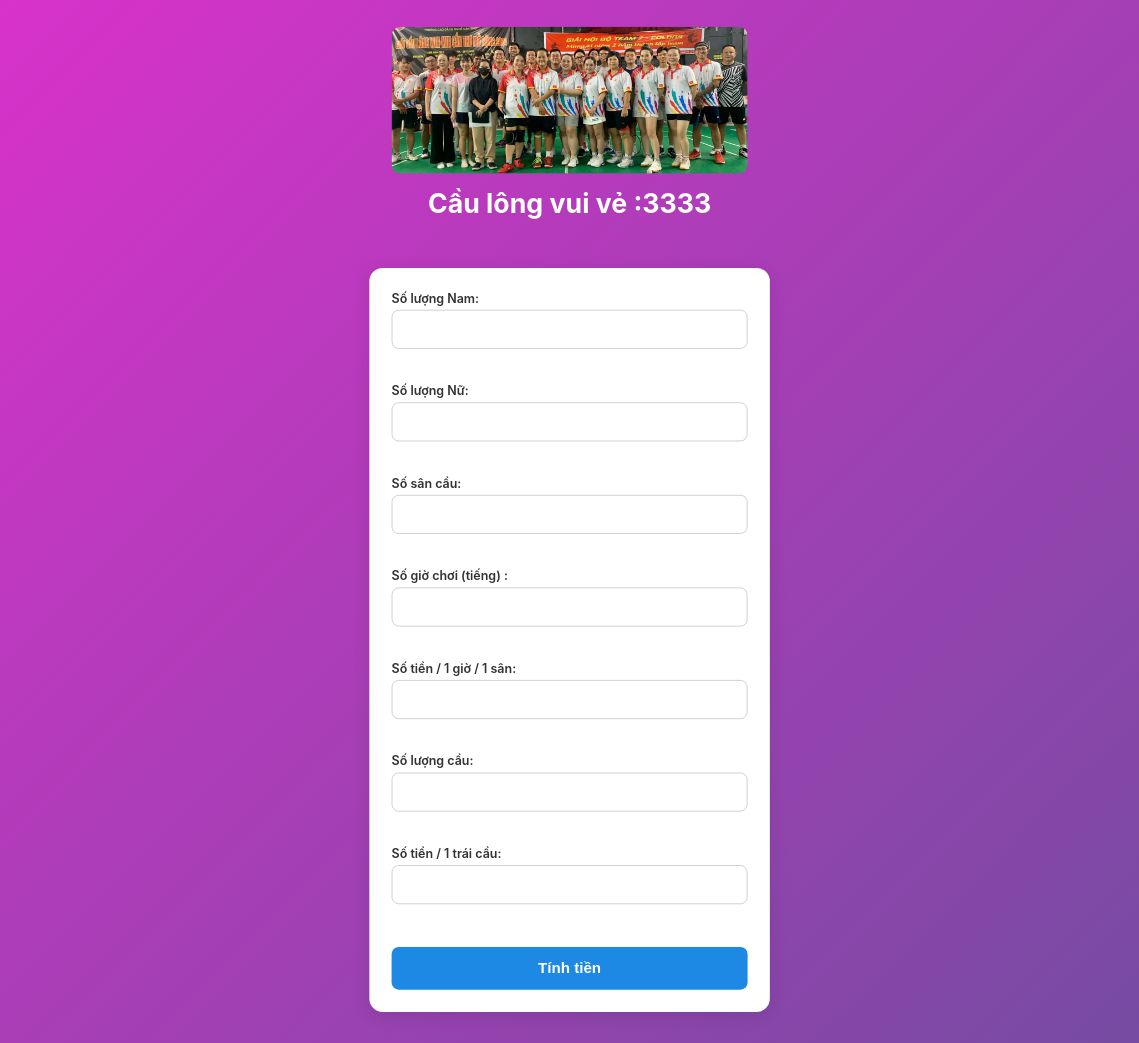
Repository: LuongPTCE181311/Badminton
Page: index.html
An editor plug-in stored every save of this project. The page is shown before and after the next save, followed by the edit.
The browser window is 1280 px wide. The pictures show the whole page, at 89% of full size.

Above is the page before, as saved 2025-12-07 22:25:24.

### index.html
<!DOCTYPE html>
<html lang="vi">

<head>
    <meta charset="UTF-8" />
    <meta name="viewport" content="width=device-width, initial-scale=1.0" />
    <title>Tính Tiền Sân Cầu Lông</title>
    <link rel="stylesheet" href="assets/css/style.css" />
</head>

<body>


    <div class="hero">
        <img src="assets/images/Caulongvuive.jpg" id="img" class="hero-img" alt="Group" />
        <h1 class="title">Cầu lông vui vẻ :3333</h1>
    </div>


    <div class="container">
        <form id="calcForm">


            <div class="form-group">
                <label>Số lượng Nam:</label>
                <input type="number" id="men" />
                <span class="error" id="men_err"></span>
            </div>


            <div class="form-group">
                <label>Số lượng Nữ:</label>
                <input type="number" id="women" />
                <span class="error" id="women_err"></span>
            </div>


            <div class="form-group">
                <label>Số sân cầu:</label>
                <input type="number" id="courts" />
                <span class="error" id="courts_err"></span>
            </div>


            <div class="form-group">
                <label>Số giờ chơi (tiếng) :</label>
                <input type="number" id="hours" />
                <span class="error" id="hours_err"></span>
            </div>


            <div class="form-group">
                <label>Số tiền / 1 giờ / 1 sân:</label>
                <input type="number" id="pricePerHour" />
                <span class="error" id="pricePerHour_err"></span>
            </div>


            <div class="form-group">
                <label>Số lượng cầu:</label>
                <input type="number" id="shuttleCount" />
                <span class="error" id="shuttleCount_err"></span>
            </div>


            <div class="form-group">
                <label>Số tiền / 1 trái cầu:</label>
                <input type="number" id="pricePerShuttle" />
                <span class="error" id="pricePerShuttle_err"></span>
            </div>


            <button type="button" id="calculateBtn" class="btn">Tính tiền</button>
        </form>
    </div>


    <div id="resultModal" class="modal hidden">
        <div class="modal-content">
            <h2>Kết Quả Tính Tiền</h2>
            <div id="result"></div>
            <button id="closeModal" class="close-btn">Đóng</button>
        </div>
    </div>


    <script src="assets/js/main.js"></script>
</body>

</html>

### assets/css/style.css
* {
  box-sizing: border-box;
}

body {
  margin: 0;
  padding: 10px;
  font-family: -apple-system, BlinkMacSystemFont, "Segoe UI", Roboto,
    "Helvetica Neue", Arial, sans-serif;
  background: linear-gradient(135deg, #d832ca 0%, #764ba2 100%);
  min-height: 100vh;
}

.hero {
  text-align: center;
  padding: 20px 0;
  max-width: 100%;
  overflow: hidden;
}

.hero-img {
  width: 100%;
  max-width: 400px;
  height: auto;
  display: block;
  margin: 0 auto 15px auto;
  border-radius: 10px;
  object-fit: cover;
}

.title {
  font-size: clamp(24px, 5vw, 30px);
  font-weight: bold;
  color: white;
  margin: 10px 0;
  text-shadow: 2px 2px 4px rgba(0, 0, 0, 0 3);
  padding: 0 15px;
}

.container {
  width: calc(100% - 20px);
  max-width: 450px;
  margin: 25px auto;
  background: white;
  padding: 25px;
  border-radius: 15px;
  box-shadow: 0 4px 20px rgba(0, 0, 0, 0.1);
}

.form-group {
  margin-bottom: 15px;
}

label {
  font-weight: 600;
  display: block;
  margin-bottom: 5px;
  font-size: 14px;
  color: #333;
}

input {
  width: 100%;
  padding: 12px;
  border-radius: 8px;
  border: 1px solid #ccc;
  transition: 0.3s;
  font-size: 16px;
  -webkit-appearance: none;
  appearance: none;
}

input:focus {
  outline: none;
  border-color: #1e88e5;
  box-shadow: 0 0 0 3px rgba(30, 136, 229, 0.1);
}

input.error-border {
  border-color: #e53935 !important;
}

.error {
  font-size: 12px;
  color: #e53935;
  display: block;
  margin-top: 5px;
  min-height: 18px;
}

.btn {
  width: 100%;
  padding: 14px;
  background: #1e88e5;
  color: white;
  font-size: 17px;
  font-weight: 600;
  border: none;
  border-radius: 8px;
  cursor: pointer;
  transition: background 0.3s, transform 0.1s;
  margin-top: 10px;
}

.btn:hover {
  background: #1976d2;
}

.btn:active {
  transform: scale(0.98);
}

.modal {
  position: fixed;
  inset: 0;
  background: rgba(0, 0, 0, 0.5);
  display: flex;
  justify-content: center;
  align-items: center;
  z-index: 1000;
  padding: 20px;
}

.hidden {
  display: none !important;
}

.modal-content {
  background: white;
  padding: 25px;
  width: calc(100% - 40px);
  max-width: 400px;
  border-radius: 15px;
  text-align: left;
  box-shadow: 0 4px 15px rgba(0, 0, 0, 0.2);
  max-height: 90vh;
  overflow-y: auto;
}

.modal-content h2 {
  margin-top: 0;
  margin-bottom: 20px;
  text-align: center;
  color: #333;
  font-size: clamp(20px, 4vw, 24px);
}

#result {
  line-height: 1.8;
  font-size: 14px;
  color: #555;
}

#result b {
  color: #333;
}

. close-btn {
  margin-top: 20px;
  background: #e53935;
  color: white;
  padding: 12px;
  width: 100%;
  border: none;
  border-radius: 8px;
  cursor: pointer;
  font-size: 16px;
  font-weight: 600;
  transition: background 0.3s, transform 0.1s;
}

.close-btn:hover {
  background: #d32f2f;
}

. close-btn:active {
  transform: scale(0.98);
}

/* Tablet devices */
@media screen and (max-width: 768px) {
  body {
    padding: 10px;
  }

  . container {
    width: calc(100% - 20px);
    margin: 20px auto;
    padding: 20px;
  }

  . hero {
    padding: 15px 0;
  }

  .hero-img {
    max-width: 350px;
  }
}

/* Mobile devices */
@media screen and (max-width: 480px) {
  body {
    padding: 10px;
  }

  .container {
    width: calc(100% - 20px);
    margin: 15px auto;
    padding: 20px 15px;
    border-radius: 12px;
  }

  .hero {
    padding: 10px 0;
  }

  . hero-img {
    max-width: 100%;
    width: calc(100% - 20px);
    margin: 0 auto 10px auto;
  }

  .title {
    font-size: 22px;
    padding: 0 10px;
  }

  . form-group {
    margin-bottom: 12px;
  }

  label {
    font-size: 14px;
  }

  input {
    padding: 12px;
    font-size: 16px;
  }

  .btn {
    padding: 14px;
    font-size: 16px;
  }

  . modal {
    padding: 15px;
  }

  .modal-content {
    width: calc(100% - 30px);
    padding: 20px;
    border-radius: 12px;
  }

  .modal-content h2 {
    font-size: 20px;
    margin-bottom: 15px;
  }

  #result {
    font-size: 13px;
    line-height: 1.7;
  }

  .close-btn {
    padding: 12px;
    font-size: 15px;
  }
}

/* Very small mobile devices */
@media screen and (max-width: 360px) {
  body {
    padding: 8px;
  }

  . container {
    width: calc(100% - 16px);
    padding: 15px 12px;
  }

  . title {
    font-size: 20px;
  }

  . hero-img {
    width: calc(100% - 16px);
  }

  input {
    padding: 10px;
  }

  .btn {
    padding: 12px;
    font-size: 15px;
  }

  .modal-content {
    width: calc(100% - 24px);
    padding: 15px;
  }

  #result {
    font-size: 12px;
  }
}

/* Landscape orientation on mobile */
@media screen and (max-height: 600px) and (orientation: landscape) {
  body {
    padding: 5px;
  }

  . hero {
    padding: 5px 0;
  }

  .hero-img {
    max-width: 200px;
    max-height: 120px;
    margin-bottom: 5px;
  }

  .title {
    font-size: 18px;
    margin: 5px 0;
  }

  .container {
    margin: 10px auto;
    width: calc(100% - 10px);
    max-width: 600px;
  }

  . modal-content {
    max-height: 85vh;
  }
}

### assets/js/main.js
// ===================== VALIDATION =========================

function setError(id, message) {
  const input = document.getElementById(id);
  const err = document.getElementById(id + "_err");
  err.textContent = message;
  input.classList.add("error-border");
}

function clearError(id) {
  const input = document.getElementById(id);
  const err = document.getElementById(id + "_err");
  err.textContent = "";
  input.classList.remove("error-border");
}

function validateField(id) {
  const value = document.getElementById(id).value.trim();

  switch (id) {
    case "men":
    case "women":
      if (value === "" || isNaN(value) || parseInt(value) < 0) {
        setError(id, "Giá trị phải ≥ 0");
        return false;
      }
      // Kiểm tra cả nam và nữ đều là 0
      const men = parseInt(document.getElementById("men").value) || 0;
      const women = parseInt(document.getElementById("women").value) || 0;
      if (men === 0 && women === 0) {
        setError(id, "Nam + Nữ phải ≥ 1");
        return false;
      }
      break;

    case "courts":
      if (value === "" || isNaN(value) || parseInt(value) <= 0) {
        setError(id, "Số sân phải > 0");
        return false;
      }
      break;

    case "hours":
      if (value === "" || isNaN(value) || parseFloat(value) <= 0) {
        setError(id, "Số giờ phải > 0 (cho phép thập phân)");
        return false;
      }
      break;

    case "pricePerHour":
      if (value === "" || isNaN(value) || parseInt(value) < 1000) {
        setError(id, "Tiền / giờ phải ≥ 1000đ");
        return false;
      }
      break;

    case "shuttleCount":
      if (value === "" || isNaN(value) || parseInt(value) <= 0) {
        setError(id, "Số lượng cầu phải > 0");
        return false;
      }
      break;

    case "pricePerShuttle":
      if (value === "" || isNaN(value) || parseInt(value) < 1000) {
        setError(id, "Tiền 1 trái cầu phải ≥ 1000đ");
        return false;
      }
      break;
  }

  clearError(id);
  return true;
}

// Gắn validate realtime
[
  "men",
  "women",
  "courts",
  "hours",
  "pricePerHour",
  "shuttleCount",
  "pricePerShuttle",
].forEach((id) => {
  document.getElementById(id).addEventListener("input", () => {
    validateField(id);
    // Khi thay đổi nam hoặc nữ, validate cả 2 trường
    if (id === "men" || id === "women") {
      const otherId = id === "men" ? "women" : "men";
      validateField(otherId);
    }
  });
});

// ===================== MODAL =========================

function closeModal() {
  document.getElementById("resultModal").classList.add("hidden");
}

function openModal() {
  document.getElementById("resultModal").classList.remove("hidden");
}

document.getElementById("closeModal").addEventListener("click", closeModal);

function roundUpToThousand(num) {
  return Math.ceil(num / 1000) * 1000;
}

// ===================== THUẬT TOÁN TỐI ƯU =========================

function findOptimalSplit(total, men, women) {
  let bestSolution = null;
  let minDifference = Infinity; // Chênh lệch giữa tổng thực tế và tổng dự kiến

  // Thử các chênh lệch từ 3000đ đến 5000đ
  for (let targetDiff = 3000; targetDiff <= 5000; targetDiff += 1000) {
    // Giải hệ phương trình để tìm perMan và perWoman ban đầu
    // perMan * men + perWoman * women = total
    // perMan - perWoman = targetDiff

    let perWoman = (total - targetDiff * men) / (men + women);
    let perMan = perWoman + targetDiff;

    // Làm tròn lên 1000đ
    perWoman = roundUpToThousand(perWoman);
    perMan = roundUpToThousand(perMan);

    // Điều chỉnh để đảm bảo chênh lệch trong khoảng 3000-5000
    while (perMan - perWoman < 3000) {
      perMan += 1000;
    }
    while (perMan - perWoman > 5000) {
      perWoman += 1000;
    }

    // Tính tổng thực tế
    let actualTotal = perMan * men + perWoman * women;

    // Nếu tổng thực tế < tổng dự kiến, tăng dần
    while (actualTotal < total) {
      // Thử tăng perWoman trước (ít ảnh hưởng hơn nếu số nữ ít)
      const option1Woman = perWoman + 1000;
      const option1Total = perMan * men + option1Woman * women;

      // Kiểm tra xem có cần tăng perMan để giữ chênh lệch không
      if (perMan - option1Woman < 3000) {
        perMan += 1000;
      }
      perWoman = option1Woman;
      actualTotal = perMan * men + perWoman * women;
    }

    // Kiểm tra chênh lệch nam/nữ vẫn trong khoảng hợp lệ
    const genderDiff = perMan - perWoman;
    if (genderDiff < 3000 || genderDiff > 5000) {
      continue; // Bỏ qua phương án này
    }

    // So sánh với phương án tốt nhất
    const difference = actualTotal - total;
    if (difference < minDifference) {
      minDifference = difference;
      bestSolution = {
        perMan: perMan,
        perWoman: perWoman,
        actualTotal: actualTotal,
        genderDiff: genderDiff,
      };
    }
  }

  return bestSolution;
}

// ===================== CALCULATE =========================

document.getElementById("calculateBtn").addEventListener("click", function () {
  let ok = true;
  const ids = [
    "men",
    "women",
    "courts",
    "hours",
    "pricePerHour",
    "shuttleCount",
    "pricePerShuttle",
  ];

  ids.forEach((id) => {
    if (!validateField(id)) ok = false;
  });

  if (!ok) return;

  const men = parseInt(document.getElementById("men").value) || 0;
  const women = parseInt(document.getElementById("women").value) || 0;
  const courts = parseInt(document.getElementById("courts").value);
  const hours = parseFloat(document.getElementById("hours").value);
  const pHour = parseInt(document.getElementById("pricePerHour").value);
  const scount = parseInt(document.getElementById("shuttleCount").value);
  const pShut = parseInt(document.getElementById("pricePerShuttle").value);

  // Tính tổng: (số sân × số giờ × giá/giờ) + (số cầu × giá cầu)
  const courtCost = courts * hours * pHour;
  const shuttleCost = scount * pShut;
  const total = courtCost + shuttleCost;

  let perMan = 0,
    perWoman = 0,
    actualTotal = 0;

  if (men > 0 && women > 0) {
    // Sử dụng thuật toán tối ưu
    const solution = findOptimalSplit(total, men, women);
    perMan = solution.perMan;
    perWoman = solution.perWoman;
    actualTotal = solution.actualTotal;

    document.getElementById("result").innerHTML = `
        <b>Chi tiết chi phí:</b><br>
        • Tiền sân: ${courts} sân × ${hours}h × ${pHour.toLocaleString(
      "vi-VN"
    )}đ = ${courtCost.toLocaleString("vi-VN")} VND<br>
        • Tiền cầu: ${scount} cầu × ${pShut.toLocaleString(
      "vi-VN"
    )}đ = ${shuttleCost.toLocaleString("vi-VN")} VND<br><br>

        <b>Tổng dự kiến:</b> ${total.toLocaleString("vi-VN")} VND<br>
        <b>Tổng thực tế:</b> ${actualTotal.toLocaleString("vi-VN")} VND<br>
        <b>Chênh lệch tổng:</b> +${(actualTotal - total).toLocaleString(
          "vi-VN"
        )} VND<br><br>

        <b>Tiền mỗi nam:</b> ${perMan.toLocaleString("vi-VN")} đ (x${men})<br>
        <b>Tiền mỗi nữ:</b> ${perWoman.toLocaleString(
          "vi-VN"
        )} đ (x${women})<br><br>

        <b>Chênh lệch Nam/Nữ:</b> ${(perMan - perWoman).toLocaleString(
          "vi-VN"
        )} đ
    `;
  } else if (men > 0) {
    perMan = roundUpToThousand(total / men);
    actualTotal = perMan * men;

    document.getElementById("result").innerHTML = `
        <b>Chi tiết chi phí:</b><br>
        • Tiền sân: ${courts} sân × ${hours}h × ${pHour.toLocaleString(
      "vi-VN"
    )}đ = ${courtCost.toLocaleString("vi-VN")} VND<br>
        • Tiền cầu: ${scount} cầu × ${pShut.toLocaleString(
      "vi-VN"
    )}đ = ${shuttleCost.toLocaleString("vi-VN")} VND<br><br>

        <b>Tổng dự kiến:</b> ${total.toLocaleString("vi-VN")} VND<br>
        <b>Tổng thực tế:</b> ${actualTotal.toLocaleString("vi-VN")} VND<br>
        <b>Chênh lệch:</b> +${(actualTotal - total).toLocaleString(
          "vi-VN"
        )} VND<br><br>

        <b>Tiền mỗi nam:</b> ${perMan.toLocaleString("vi-VN")} đ (x${men})
    `;
  } else {
    perWoman = roundUpToThousand(total / women);
    actualTotal = perWoman * women;

    document.getElementById("result").innerHTML = `
        <b>Chi tiết chi phí:</b><br>
        • Tiền sân: ${courts} sân × ${hours}h × ${pHour.toLocaleString(
      "vi-VN"
    )}đ = ${courtCost.toLocaleString("vi-VN")} VND<br>
        • Tiền cầu: ${scount} cầu × ${pShut.toLocaleString(
      "vi-VN"
    )}đ = ${shuttleCost.toLocaleString("vi-VN")} VND<br><br>

        <b>Tổng dự kiến:</b> ${total.toLocaleString("vi-VN")} VND<br>
        <b>Tổng thực tế:</b> ${actualTotal.toLocaleString("vi-VN")} VND<br>
        <b>Chênh lệch:</b> +${(actualTotal - total).toLocaleString(
          "vi-VN"
        )} VND<br><br>

        <b>Tiền mỗi nữ:</b> ${perWoman.toLocaleString("vi-VN")} đ (x${women})
    `;
  }

  openModal();
});

After the next save:
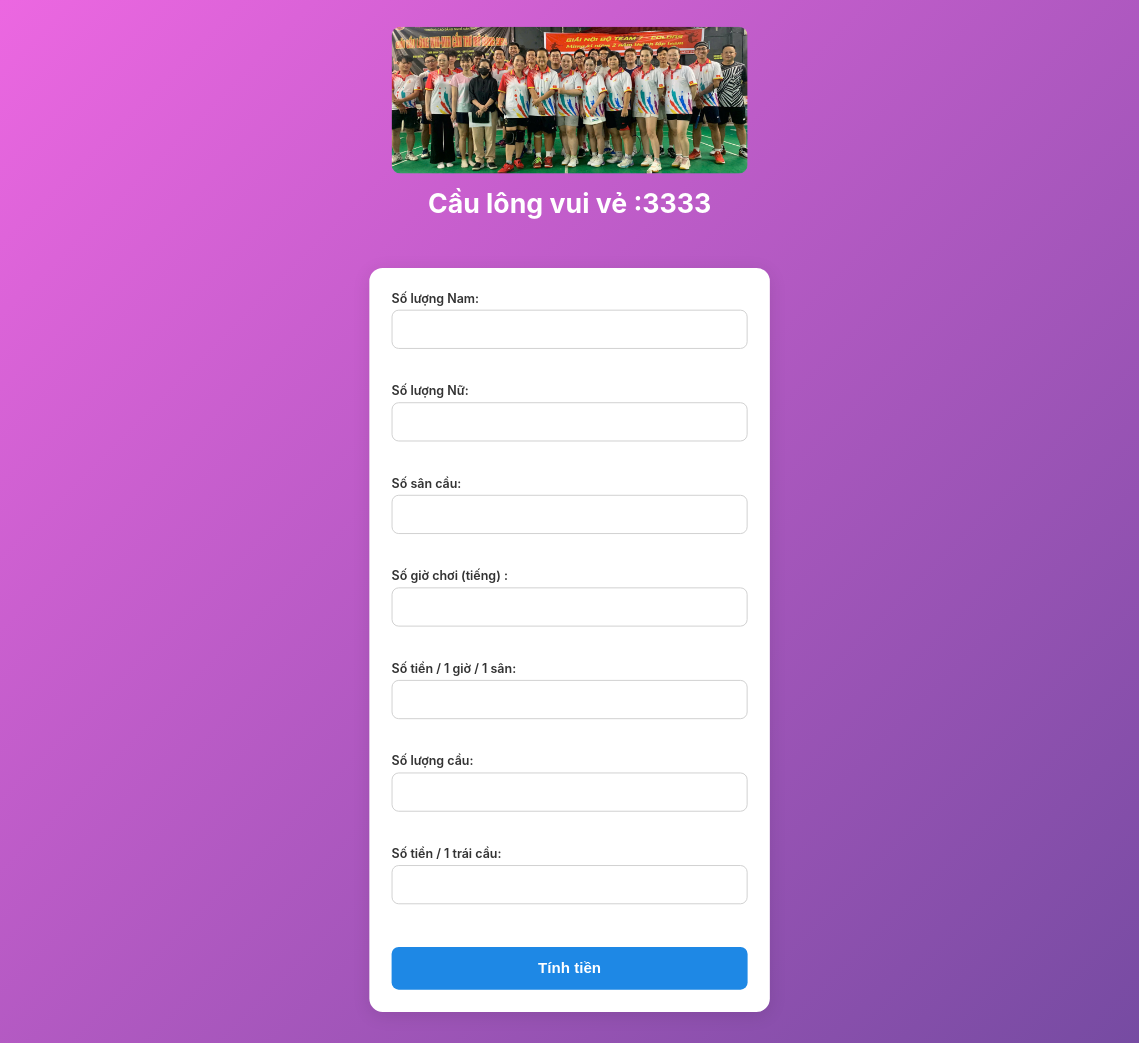
Saved 4 s later.
--- a/assets/css/style.css
+++ b/assets/css/style.css
@@ -7,7 +7,7 @@ body {
   padding: 10px;
   font-family: -apple-system, BlinkMacSystemFont, "Segoe UI", Roboto,
     "Helvetica Neue", Arial, sans-serif;
-  background: linear-gradient(135deg, #d832ca 0%, #764ba2 100%);
+  background: linear-gradient(135deg, #ec67e1 0%, #764ba2 100%);
   min-height: 100vh;
 }
 
